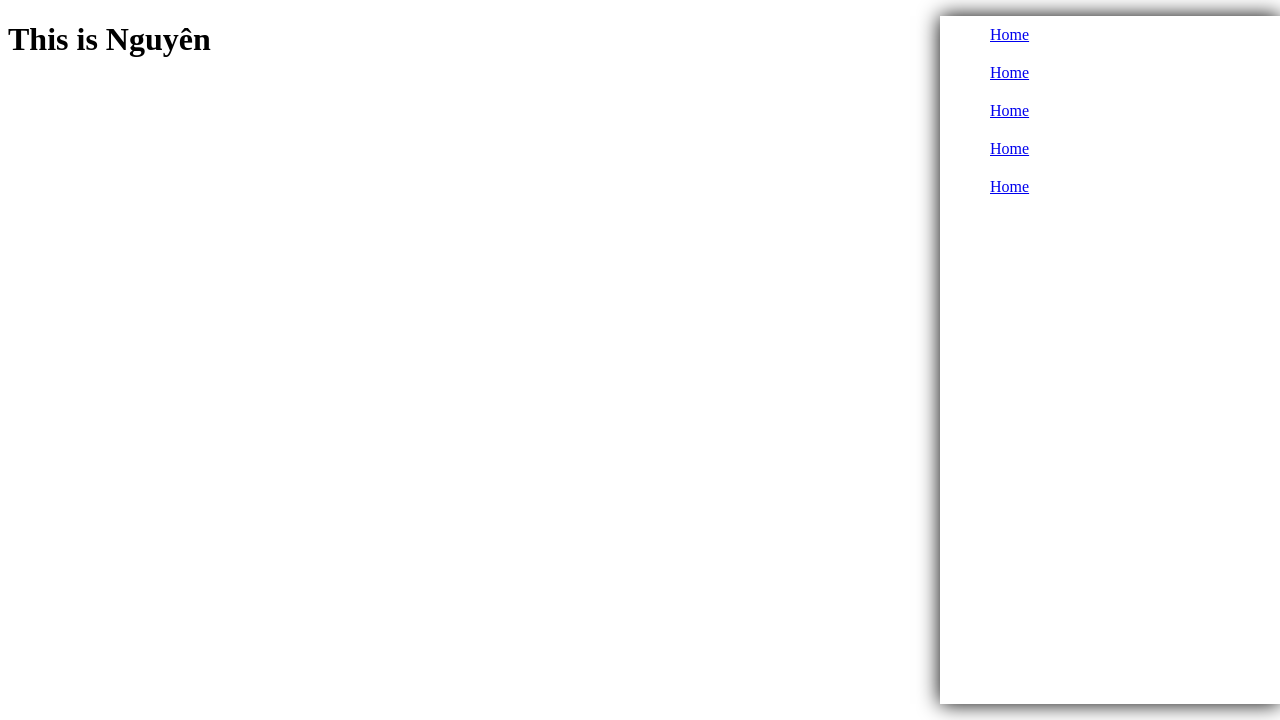
Repository: KhoiNguyen77/JS-C-Ba-n
Page: index.html
The author's editor kept a copy of each file at every save. The page is drawn from the files as they stood at one save, then again after the next save.
The browser window is 1280 px wide. The pictures show the whole page.

Above is the page before, as saved 2023-03-29 17:43:49.
Console error: TypeError: Cannot read properties of null (reading 'getAttribute')

### index.html
<!DOCTYPE html>
<html lang="en">
  <head>
    <meta charset="UTF-8" />
    <meta http-equiv="X-UA-Compatible" content="IE=edge" />
    <meta name="viewport" content="width=device-width, initial-scale=1.0" />
    <title>Document</title>
    <link rel="stylesheet" href="index.css" />
    <link rel="stylesheet" href="reset.css" />
  </head>
  <body>
    <h1>This is Nguyên</h1>

    <ul class="menu">
      <li class="menu-item">
        <a href="#" class="menu-link">Home</a>
      </li>
      <li class="menu-item">
        <a href="#" class="menu-link">Home</a>
      </li>
      <li class="menu-item">
        <a href="#" class="menu-link">Home</a>
      </li>
      <li class="menu-item">
        <a href="#" class="menu-link">Home</a>
      </li>
      <li class="menu-item">
        <a href="#" class="menu-link">Home</a>
      </li>
    </ul>
    <!-- <div class="container a b c">
      Lorem ipsum dolor sit, amet consectetur adipisicing elit. Non, quasi! Eos
      maxime temporibus doloribus cumque. Alias temporibus, dolorum consequuntur
      reiciendis perferendis molestias repudiandae corporis exercitationem quasi
      itaque, nemo omnis explicabo officiis dignissimos deleniti eveniet
      sapiente quia, quod aperiam delectus. Ut qui soluta id, necessitatibus
      ipsa est similique error et nobis!
    </div>
    <div id="spinner" style="color: red">123</div>
    <ul>
      <li class="item item1">item1</li>
      <li class="item item2">item2</li>
      <li class="item item3">item3</li>
      <li class="item item4">item4</li>
      <li class="item item5">item5</li>
    </ul>
    <a href="gooogle.com.vn" class="link">Google</a>
    <a href="gooogle.com.vn" class="link">Google</a>
    <a href="gooogle.com.vn" class="link">Google</a>
    <a href="gooogle.com.vn" class="link">Google</a>
    <a href="gooogle.com.vn" class="link">Google</a>
    <a href="gooogle.com.vn" class="link">Google</a> -->
    <style>
      .container.active {
        color: aqua;
      }
    </style>
    <script src="./index.js"></script>
  </body>
</html>

### index.css
.menu {
    width: 300px;
    position: fixed;
    top: 0;
    right: 0;
    bottom: 0;
    box-shadow: 0 0 20px 0;
    list-style: none;

}
.menu-link {
    padding: 10px;
    display: block;

}

### index.js
// Function

compare = (a = 0, b = 0) => {
  if (typeof a !== "number" || typeof b !== "number") return 0;
  return Math.max(a, b);
};
console.log(compare(5, 10));

upperCase = (a = "") => {
  if (typeof a !== "string") {
    return console.log("Vui lòng nhập vào chữ");
  }
  let newWord = a.toLowerCase().charAt(0).toUpperCase();
  return newWord + a.toLowerCase().slice(1);
};
console.log(upperCase("nguyen"));

compare2 = (a, b, callback) => {
  let max = compare(a, b);
  callback(max);
};
inMax = (num) => {
  console.log(num);
};
console.log(compare2(500, 1000, inMax));
//  Date
// B1: viết chương trình nhập vào ngày tháng năm sinh và in ra
function getAge(year) {
  if (typeof year !== "number") {
    console.log("Vui lòng nhập đúng năm");
  }
  const thisYear = new Date().getFullYear();
  return thisYear - year;
}
const age2 = getAge(2000);
console.log(`Tuổi của bạn là ${age2} `);
// Bài 2:
// function countDown(minute = 0) {
//   let second = minute * 60;
//   let count = 0;
//   const countUp = setInterval(() => {
//     count += 1;
//     console.log(count);
//     if (count === second) {
//       alert("bạn đã hết giờ làm bài");
//       clearInterval(countUp);
//     }
//   }, 1000);
// }
// countDown(0.2);
// Bài 3:
function timeSince(time) {
  const now = new Date();
  const since = new Date(time);
  const truTime = Math.floor((now.getTime() - since.getTime()) / 1000);
  let quyDoiTime = truTime / 32140800;
  if (quyDoiTime > 1) {
    console.log(`${Math.floor(quyDoiTime)} năm trước`);
  }
  quyDoiTime = truTime / 2678400;
  if (quyDoiTime > 1 && truTime <= 32140800) {
    console.log(`${Math.floor(quyDoiTime)} tháng trước`);
  }
  quyDoiTime = truTime / 604800;
  if (quyDoiTime > 1 && truTime <= 2678400) {
    console.log(`${Math.floor(quyDoiTime)} tuần trước`);
  }
  quyDoiTime = truTime / 86400;
  if (quyDoiTime > 1 && truTime < 604800) {
    console.log(`${Math.floor(quyDoiTime)} ngày trước`);
  }
  quyDoiTime = truTime / 3600;
  if (quyDoiTime > 1 && truTime <= 86400) {
    console.log(`${Math.floor(quyDoiTime)} giờ trước`);
  }
  quyDoiTime = truTime / 60;
  if (quyDoiTime > 1 && truTime < 3600) {
    console.log(`${Math.floor(quyDoiTime)} phút trước`);
  }
}
// 1 năm: 32140800
// 1 tháng:2678400
// 1 tuần:604800
// 1 ngày:86400
// 1 giờ : 3600
// 1 phút: 60
timeSince("Thu Mar 23 2023 14:47:43 GMT+0700");
//
const array = [1, 2, 3, 4, 5, 6, 7, 8];
a = array.find((x) => x > 3);
b = array.findIndex((x) => x > 3);
console.log(a);
console.log(b);
const list = [4, 5, 6, 7, 8, 9, 1, 3, 5, 6];
console.log(list.map((x) => x * 2));
const listTripple = [];

const number = [1, 2, 3, 4, 5, 6, 7, 8];
const test = number.filter((x) => x > 2);
console.log(test);
// Đảo ngược một chuỗi
// VD : "My name is evondev" => VD: "evondev is name My"
function reverseString(str) {
  if (!str) return null;
  console.log(str.split(" ").reverse().join(" "));
}

reverseString("My name is evondev");
// Đảo ngược một chuỗi bao gồm các kí tự.
//  VD: "i love" => evol i

function reverse(str) {
  if (!str) return null;
  console.log(str.split("").reverse().join(""));
}
reverse("i love");
capitalizeWord = (item) => {
  let upper = item.charAt(0).toUpperCase();
  let lower = item.slice(1).toLowerCase();
  return `${upper}${lower}`;
};
// Capitalize 1 chuỗi: VD "my name is evondev" => "My Name Is Evondev"
capitalizeStr = (str) => {
  let layChuoi = str.split(" ");
  let inHoaStr = layChuoi.map((item) => capitalizeWord(item));
  return console.log(inHoaStr.join(" "));
};

let strMau = "my name is evondev";
capitalizeStr(strMau);
// let layStr = strMau.split(" ");
// console.log(layStr);
// let example = layStr.map(
//   item => {
//     let newWord  = item.charAt(0).toUpperCase();
//     let secondWord = item.slice(1).toLowerCase();
//     return `${newWord}${secondWord}`;
//   }
// );
// let kq = example.join(" ")
// console.log(example);
// console.log(kq);

//  Bài tập cơ bản về vòng lặp for
// sao chép 1 mảng bằng vòng lặp for
let numbers = [1, 2, 3, 4, 5, 6, 7, 8, 9, 10];
let kq = [];
for (let i = 0; i < numbers.length; i++) {
  kq.push(numbers[i]);
}
let string1 = "i love";
ketquaString = "";

for (i = string1.length - 1; i >= 0; i--) {
  ketquaString += string1[i];
  console.log(ketquaString);
}

//  Bài tập chương 6 số 1 và 2
let arrayB1 = [
  1,
  1000,
  false,
  null,
  "evondev",
  "",
  undefined,
  "javascript",
  [1, 2, 3],
];
// ketquaB1 = arrayB1.map((item) => {
// //   if (item) {
// //     ketquaB1.push(item);
// //   }
// // });

// // console.log(ketquaB1);
let filterArray = arrayB1.filter((item) => Boolean(item));
console.log(filterArray);

let arrayB2 = [
  [1, 2, 3, [false, null]],
  [1, 5, 6, ["javascript"]],
  [888, 666, [90]],
];
//
const result = arrayB2.flat(2).filter((item) => Boolean(item));
console.log(result);
// Bài 3: Đào ngược số nguyên. Ví dụ 1234 ==> 4321

reverseNumber = (num) => {
  let numToStr =
    parseInt(num.toString().split("").reverse().join("")) * Math.sign(num);
  console.log(numToStr);
};
reverseNumber(-12345);

fizzBuzz = (num) => {
  for (let i = 1; i < num; i++) {
    if (i % 2 === 0) {
      console.log("Fizz");
    } else if (i % 3 === 0) {
      console.log("Buzz");
    } else if (i % 2 === 0 && i % 3 === 0) {
      console.log("FizzBuzz");
    }
  }
};
fizzBuzz(4);

// Bài 4:

checkStr = (str) => {
  let character = "aoeui";
  let count = 0;
  for (let c of str) {
    if (character.includes(c)) count += 1;
  }
  console.log(count);
};
checkStr("evondev");

// Bài 5
let arraySo = [1, 2, 3, 1, 1, 1, 2, 2, 2, 5, 5, 5, 7, 7, 6]; // kết quả trả về là [1,2,3,4,5,6,7]

uniqueSo = (arrSo) => {
  let uniqueArray = [];
  for (let i = 0; i < arrSo.length; i++) {
    if (!uniqueArray.includes(arrSo[i])) uniqueArray.push(arrSo[i]);
  }
  console.log(uniqueArray);
};
uniqueSo(arraySo);

//  Bài 7: Viết 1 function xử lý từ 1 mảng lớn thành nhiều mảng con dựa vào một số nguyên đầu vào. Ví dụ
// ([1,2,3,4,5],2) => [[1,2],[3,4],[5,6]]
let mang = [1, 2, 3, 4, 5, 6];

phanMang = (arr, num) => {
  let result = [];
  let index = 0;
  while (index < arr.length) {
    result.push(arr.slice(index, num + index));
    index = index + num;
    console.log(result);
  }
};

phanMang(mang, 4);

let user = {
  firstName: "Nguyên",
};
let user2 = Object.assign(user);

//  TH1: This ở đây sẽ đề cập tới object, key gần nhất
let student2 = {
  name: "evondev",
  schol: "Cao Thang",
  age: 27,
  male: true,
  "last-name": "tuan",
  hi: function () {
    console.log(`my name is ${this.name} and I'm ${this.age} years old`);
  },
  fullName: {
    name: "Tran Anh Tuan",
  },
};
student2.hi();
// Optional chaining
console.log(student2.fullName); //trả về undefined nếu như key không tồn tại
// console.log(student2.fullName.name); //trả về Cannot read properties of undefined (reading 'name')
if (student2.fullName) {
  if (student2.fullName.name) {
    console.log(student2.fullName.name);
  }
}

// student2.fullName?.name ==> Nếu có key là full name thì mới chạy qua .name
console.log(student2.fullName?.name);

// Destructuring object
//  const {name, age, male} = student2;

let { name, age, male, ...rest } = student2;
console.log(name, age, male, rest);

let objNew = {
  name: "evondev",
  school: "Cao Thang",
  age: 27,
};
function whatYourInfo2({ name, age, school }) {
  console.log(name, age, school);
}

whatYourInfo2(objNew);
function whatYourInfo(obj) {
  console.log((obj.name, obj.age, obj.school));
}

// BT Object
//  Viết 1 function kiểm tra value có phải là object hay không
//  {} [] null ==> đều là type object

isObject = (value) => {
  if (typeof value === "object" && !Array.isArray(value) && value !== null) {
    return true;
  }
  return false;
};
console.log(isObject(null));

// BT 2: {a: 1, b:2} => [["a":1], ["b":2]]

objectToArray = (obj) => {
  if (!isObject(obj)) return;
  let result = Object.entries(obj);
  console.log(result);
};
objectToArray({
  a: 1,
  b: 2,
  c: 3,
});

// BT 3: Viết phương thức without. VD {{a: 1, b:2}, b} => {a:1}

without = (obj, ...key) => {
  let copyObj = { ...obj };
  key.forEach((item) => delete copyObj[item]);
  let result = copyObj;
  console.log(result);
};
without(
  {
    a: 1,
    b: 2,
    c: 3,
  },
  "b"
);

// BT 4: Viết 1 function để kiểm tra 2 object truyền vào có bằng nhau không

isEqualOBject = (obj1, obj2) => {
  let objKey1 = Object.keys(obj1);
  let objKey2 = Object.keys(obj2);
  if (objKey1.length !== objKey2.length) return false;   //check length của mảng
  let result = objKey1.every((key) => obj1[key] === obj2[key]); ///duyệt value qua từng key
  console.log(result);
  return result;
};

isEqualOBject(
  {
    a: 1,
    b: 2,
  },
  { a: 1, b: 2 }
);

// Node selector:
const singleNode = document.querySelector("h1");
const singleNode2 = document.querySelector(".container");
const singleNode3 = document.querySelector("#spinner");
console.log(singleNode);
console.log(singleNode3);
console.log(singleNode2);

// Multinode:
const multiNode = document.querySelectorAll(".item");
console.log(multiNode);


// Getattribute() bằng node:

let link = document.querySelector(".link");
console.log(link.getAttribute("href"));

// get attribute bằng NodeList
let listLi = document.querySelectorAll(".item");
listLi.forEach(item => {
  console.log(item.getAttribute("class"));
})


// setAttribute() bằng node:
link.setAttribute("target", "_blank");

//setAttribute bằng NodeList;
let link2 = document.querySelectorAll("a.link");
link2.forEach(item => item.setAttribute("target", "_blank"))

// removeAttribute

const p = document.querySelector("#spinner");
p.removeAttribute("style")

// hasAttribute
console.log(p.hasAttribute("class")); // ==> false
console.log(p.hasAttribute("id")); // ==> true

// Thêm class
// cú pháp: selector.classList.add("abc");

const container = document.querySelector(".container");  //chỉ truyền được vào 1 class
container.classList.add("active");

//Xóa class
//cú pháp: selector.classList.remove("abc");
container.classList.remove("active"); //chỉ truyền được vào 1 class


// kiểm tra có chứa class hay không
// cú pháp: selector.classList.contains("abc"); ==> kiểm tra xem có chứa class abc không

console.log((container.classList.contains("active"))); // trả về false
console.log((container.classList.contains("container"))); // trả về true

// Toggle menu
// Cú pháp: selector.classList.toggle("abc"); ==> nếu đã có class rồi thì remove, không có thì add vào
container.classList.toggle("active");


// Lấy các class name của 1 thẻ
// cú pháp: selector.className => trả ra các chuỗi selector
const title = document.querySelector(".container");
console.log(title.className);

Loaded but not shown: reset.css (no stored copy; drawn as an empty file)

After the next save:
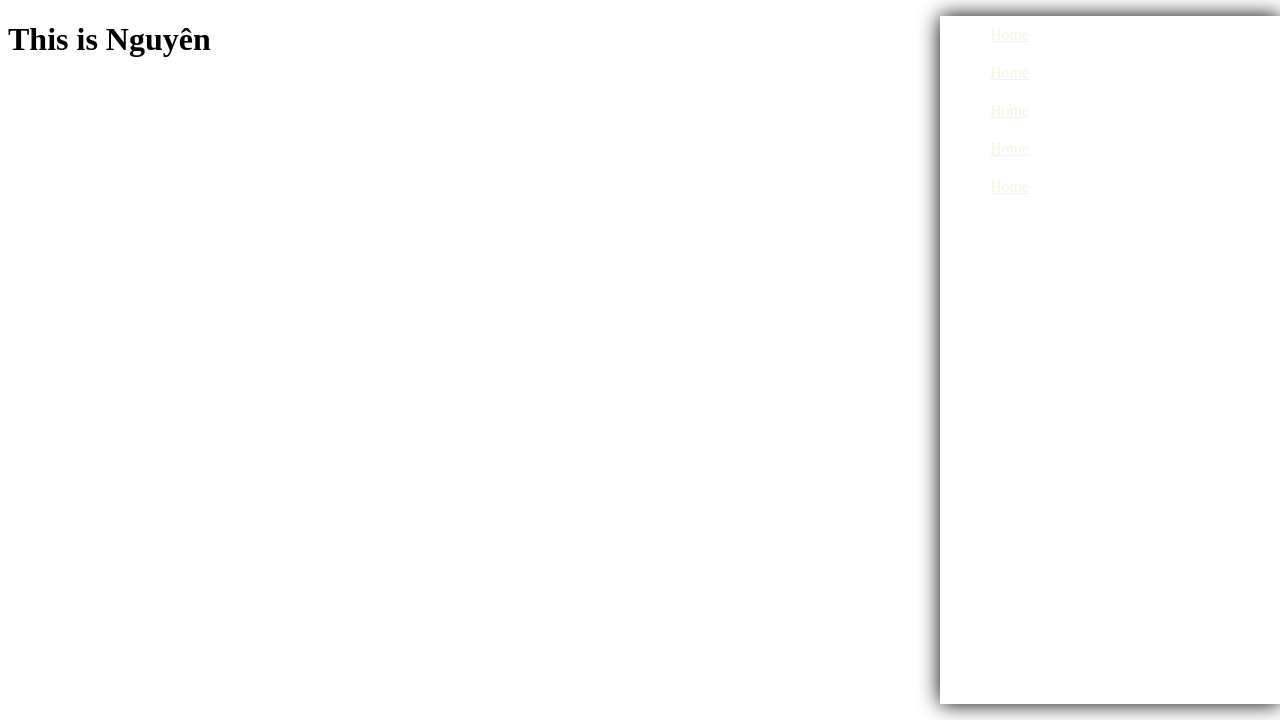
Saved 6 s later.
--- a/index.css
+++ b/index.css
@@ -11,5 +11,5 @@
 .menu-link {
     padding: 10px;
     display: block;
-
+    color: beige;
 }
